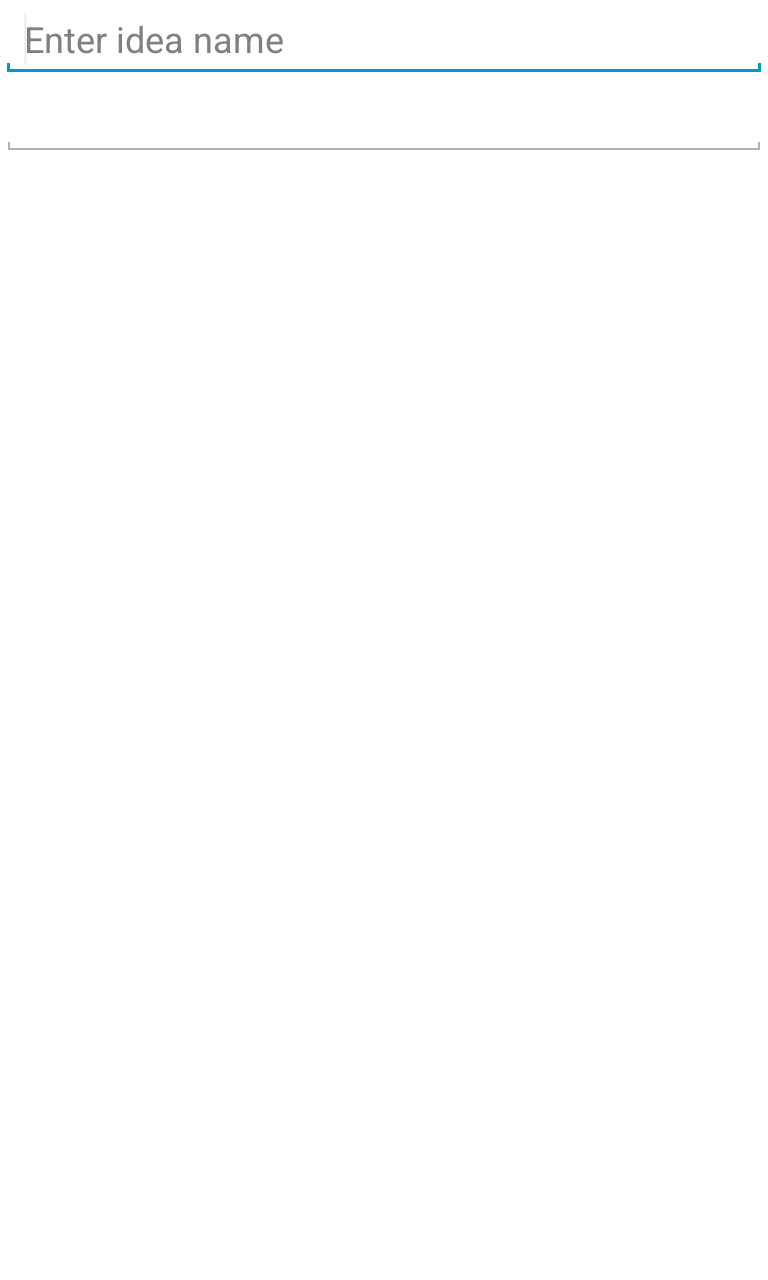
Repository: griffinfujioka/Ideas_Android
Layout: Ideas/res/layout/activity_new_idea.xml
The author's editor kept a copy of each file at every save. The layout is drawn from the files as they stood at one save, then again after the next save.
It is drawn on a 768 x 1280 px phone screen (xhdpi) without system bars, with theme AppTheme; the app's code is not run.

Above is the layout before, as saved 2013-11-14 06:14:21.

### Ideas/res/layout/activity_new_idea.xml
<?xml version="1.0" encoding="utf-8"?>
<TableLayout xmlns:android="http://schemas.android.com/apk/res/android"
    android:layout_width="match_parent"
    android:layout_height="match_parent" >

    <TableRow
        android:id="@+id/titleRow"
        android:layout_width="wrap_content"
        android:layout_height="wrap_content" >

        <EditText
            android:id="@+id/ideaTitleTxtField"
            android:layout_width="wrap_content"
            android:layout_height="wrap_content"
            android:ems="10"
            android:hint="@string/enter_idea_name"
            android:layout_weight="1" >

            <requestFocus />
        </EditText>

    </TableRow>

    <TableRow
        android:id="@+id/descriptionRow"
        android:layout_width="wrap_content"
        android:layout_height="wrap_content" >

        <EditText
            android:id="@+id/editText1"
            android:layout_width="wrap_content"
            android:layout_height="wrap_content"
            android:ems="10"
            android:inputType="textMultiLine"
            android:layout_weight="1"/>

    </TableRow>

</TableLayout>

### Ideas/res/values/strings.xml
<?xml version="1.0" encoding="utf-8"?>
<resources>

    <string name="app_name">Ideas</string>
    <string name="action_settings">Settings</string>
    <string name="new_idea">New Idea</string>
    <string name="hello_world">Hello world!</string>
    <string name="welcome">Welcome to Ideas for Android!</string>
    <string name="edit_message">Enter some text</string>
    <string name="button_send">Send</string>

    <!-- New Idea strings -->
    <string name="enter_idea_name">Enter idea name</string>
    <string name="enter_idea_description">Enter a description of the idea</string>


</resources>

Loaded but not shown: Ideas/res/values/styles.xml (common file); Ideas/res/values-v11/styles.xml (common file); Ideas/res/values-v14/styles.xml (common file)

After the next save:
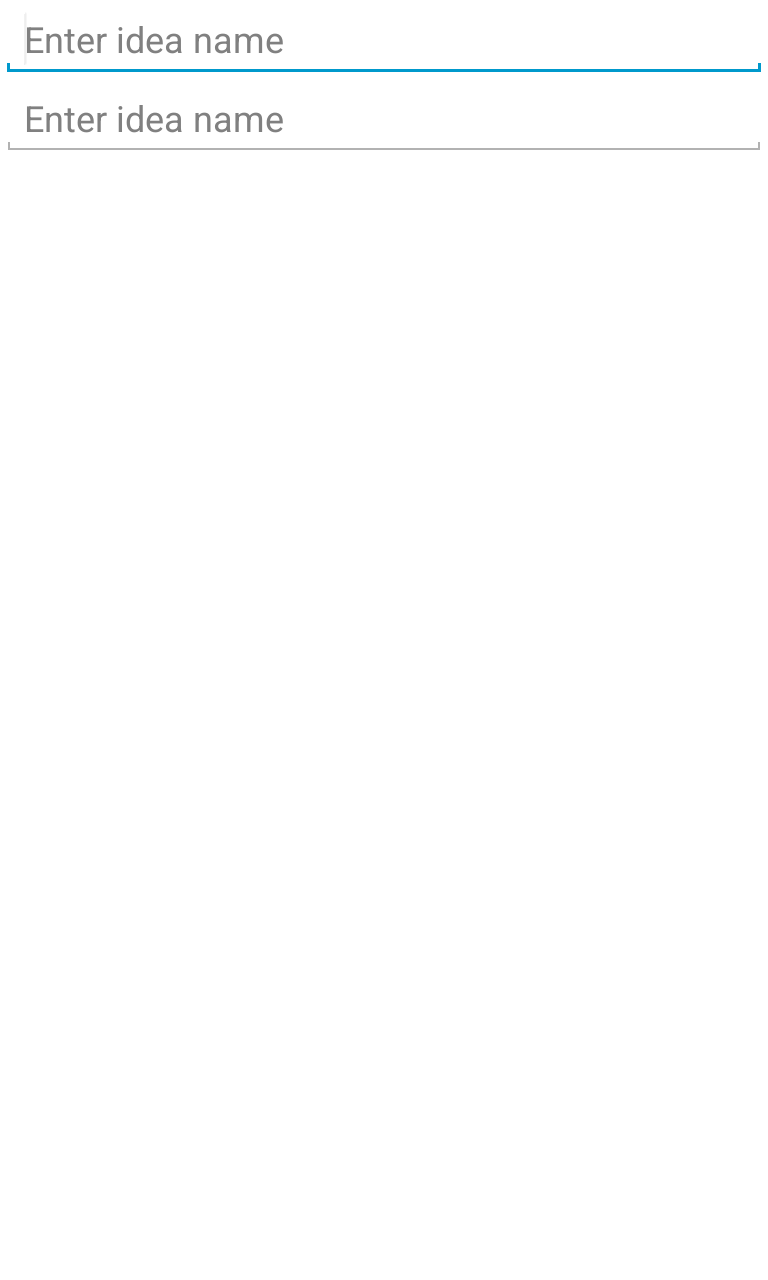
Saved 32 s later.
--- a/Ideas/res/layout/activity_new_idea.xml
+++ b/Ideas/res/layout/activity_new_idea.xml
@@ -32,6 +32,7 @@
             android:layout_height="wrap_content"
             android:ems="10"
             android:inputType="textMultiLine"
+            android:hint="@string/enter_idea_name"
             android:layout_weight="1"/>
 
     </TableRow>
